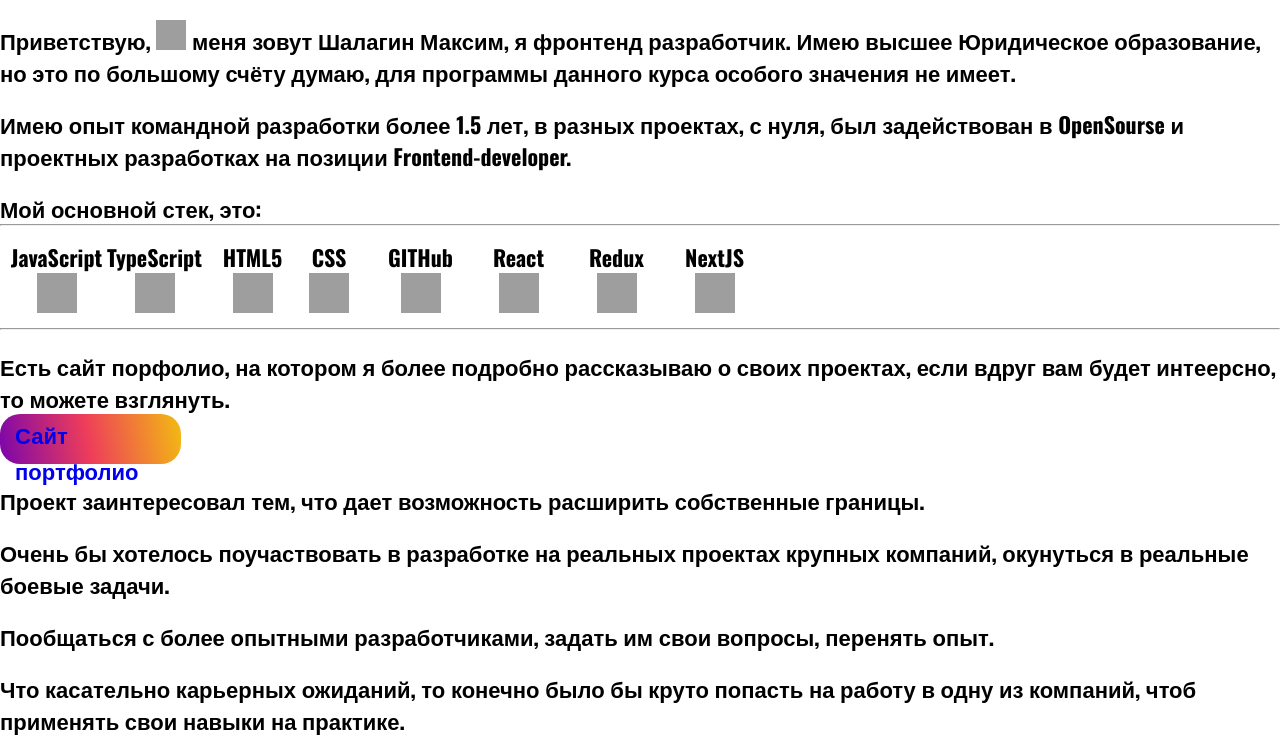
Repository: ni4egonepridumal/letter
Page: index.html
The author's editor kept a copy of each file at every save. The page is drawn from the files as they stood at one save, then again after the next save.
The browser window is 1280 px wide. The pictures show the whole page.
Pictures or frames that could not be fetched are drawn as grey boxes.

Above is the page before, as saved 2024-01-18 17:49:14.

After the next save:
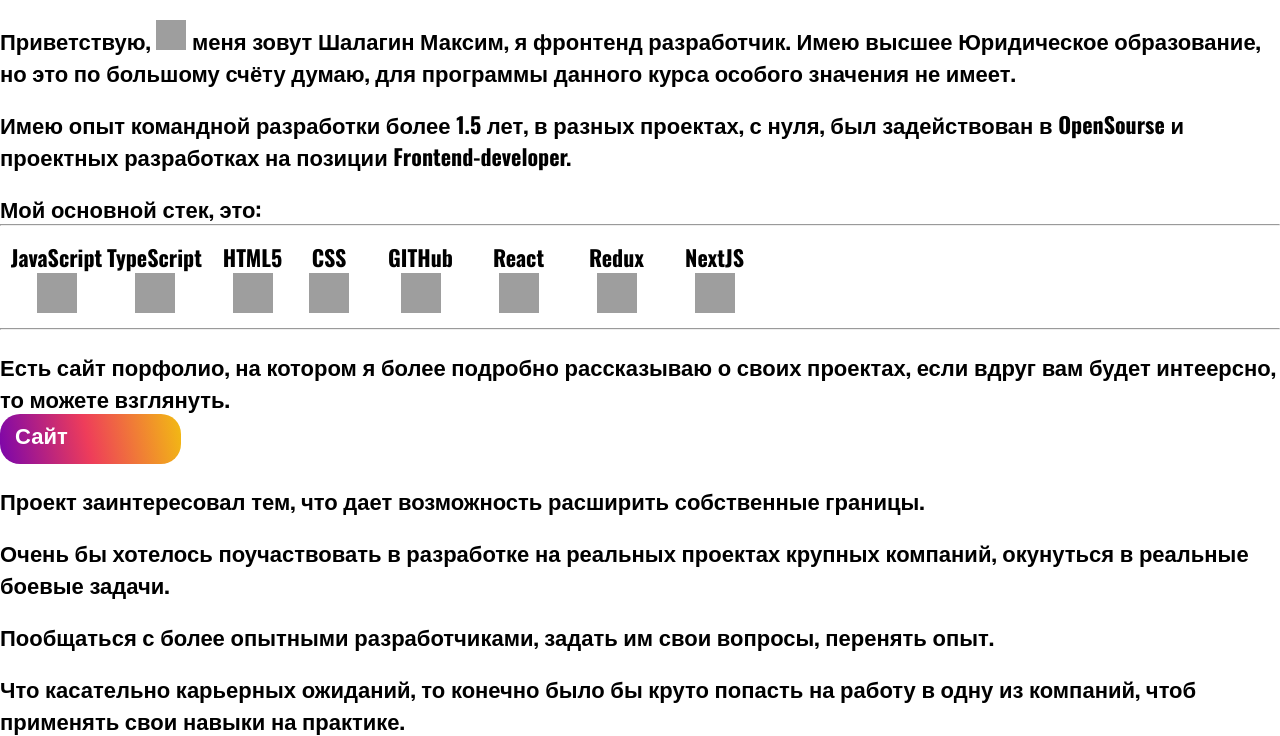
Saved 17 s later.
--- a/style.css
+++ b/style.css
@@ -49,4 +49,5 @@ p {
 .href {
   text-decoration: none;
   vertical-align: middle;
+  color: white
 }
